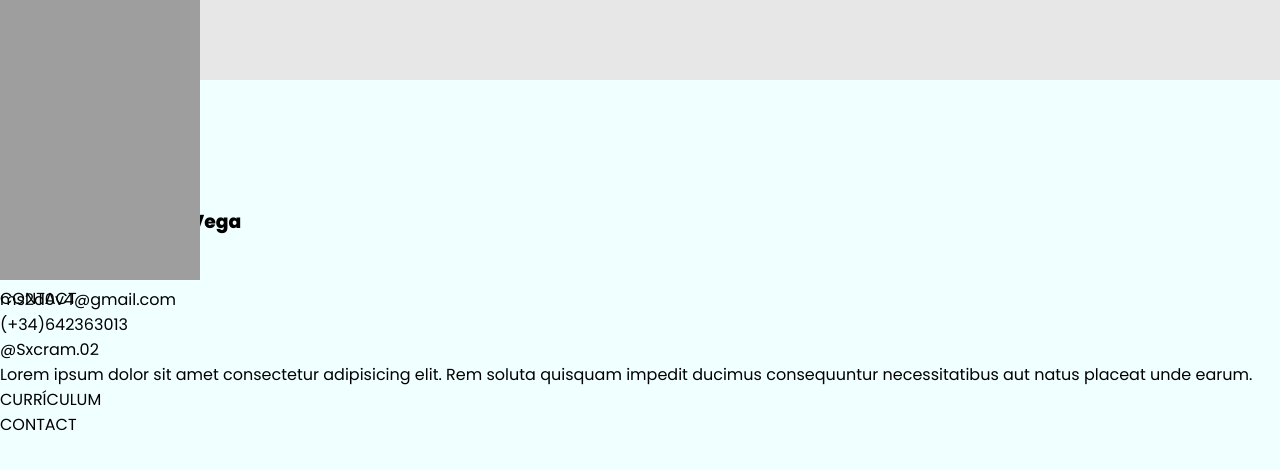
Repository: Sxcram02/Portfoliov.2
Page: index.html
These files come from the project's save history. The page is drawn as it stood at one moment and after a run of saves; the edit follows.
The browser window is 1280 px wide. The pictures show the whole page.
Pictures or frames that could not be fetched are drawn as grey boxes.

Above is the page before, as saved 2023-04-10 23:45:22.

After the next 5 saves:
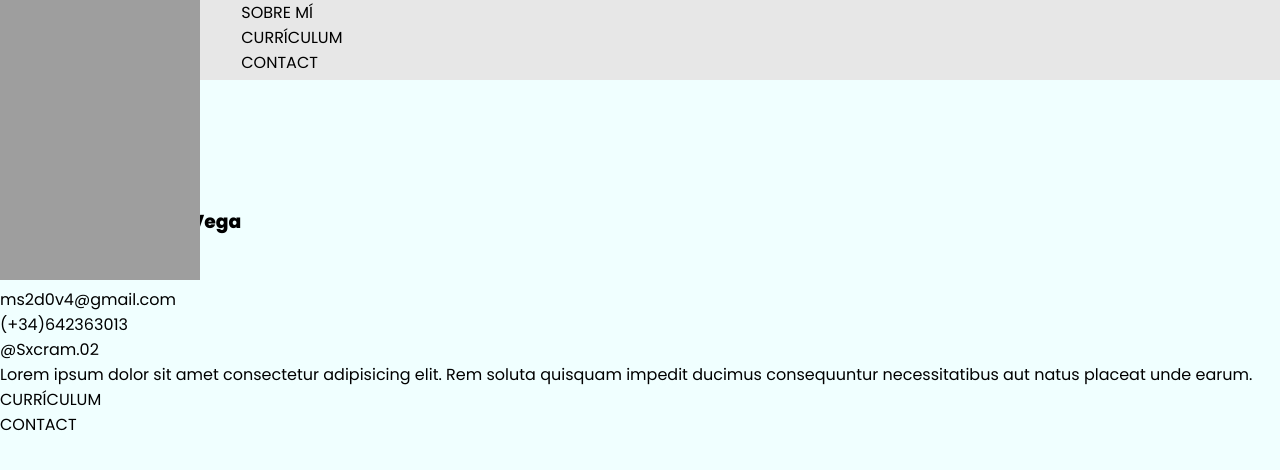
The 5 saves are shown as one change because they came seconds apart.
The last was saved 12 s later.
--- a/css/style.css
+++ b/css/style.css
@@ -18,4 +18,6 @@ header {
     width: 100%;
     height: 5em;
     background-color: rgb(231, 231, 231);
+    display: flex;
+    justify-content: ;
 }
